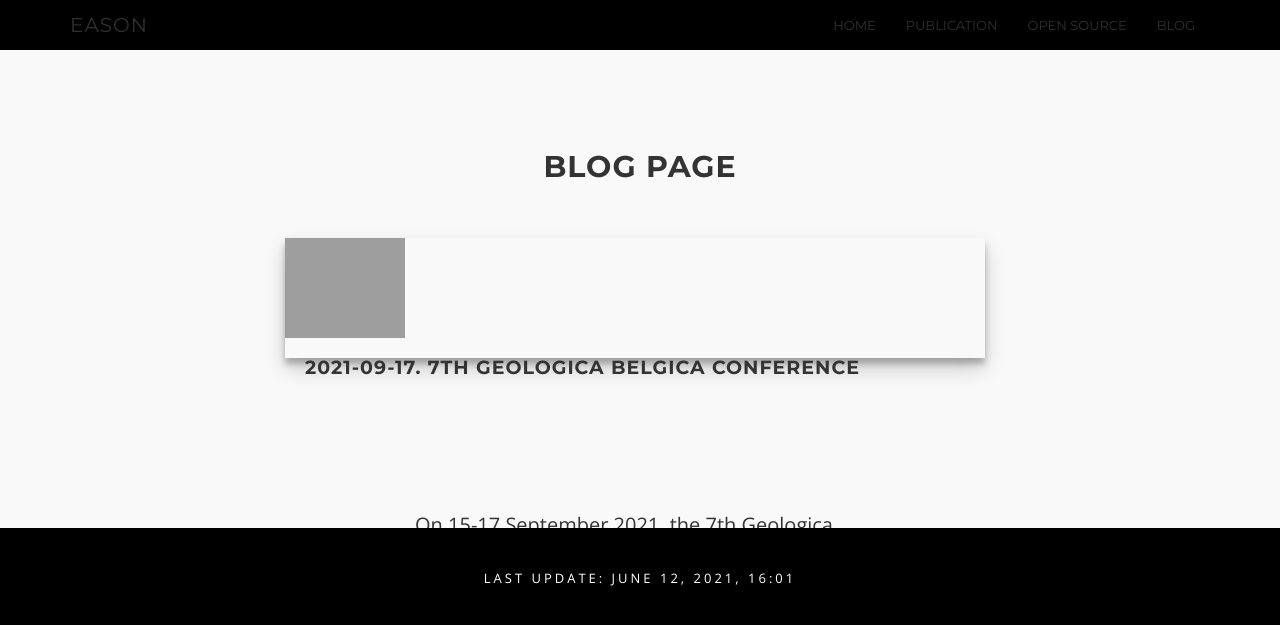
Repository: eazzzon/eazzzon.github.io
Page: blog.html
An editor plug-in stored every save of this project. The page is shown before and after the next save, followed by the edit.
The browser window is 1280 px wide. The pictures show the whole page.
Pictures or frames that could not be fetched are drawn as grey boxes.

Above is the page before, as saved 2021-09-18 13:15:02.

### blog.html
<!DOCTYPE html>
<html lang="en">
<head>
<meta charset="utf-8">
<meta http-equiv="X-UA-Compatible" content="IE=edge">
<meta name="viewport" content="width=device-width, initial-scale=1">
<meta name="description" content="">
<meta name="author" content="">
<title>yishen.zhang</title>
<!-- Bootstrap Core CSS -->
<link href="css/bootstrap.min.css" rel="stylesheet">
<!-- Custom CSS -->
<link href="css/theme.css" rel="stylesheet">
<!-- Custom Fonts -->
<link href="font-awesome/css/font-awesome.min.css" rel="stylesheet" type="text/css">
<link href="http://fonts.googleapis.com/css?family=Open+Sans:300,400,700,400italic,700italic" rel="stylesheet" type="text/css">
<link href="http://fonts.googleapis.com/css?family=Montserrat:400,700" rel="stylesheet" type="text/css">
<!-- HTML5 Shim and Respond.js IE8 support of HTML5 elements and media queries -->
<!-- WARNING: Respond.js doesn't work if you view the page via file:// -->
<!--[if lt IE 9]>
        <script src="https://oss.maxcdn.com/libs/html5shiv/3.7.0/html5shiv.js"></script>
        <script src="https://oss.maxcdn.com/libs/respond.js/1.4.2/respond.min.js"></script>
    <![endif]-->
</head>
<body id="page-top" data-spy="scroll" data-target=".navbar-fixed-top">
<!-- Navigation -->
<nav class="navbar navbar-custom navbar-fixed-top" role="navigation">
<div class="container">
	<div class="navbar-header">
		<button type="button" class="navbar-toggle" data-toggle="collapse" data-target=".navbar-main-collapse">
		<i class="fa fa-bars"></i>
		</button>
		<a class="navbar-brand page-scroll" href="index.html" style="color: #303030;">
		EASON </a>
	</div>
	<!-- Collect the nav links, forms, and other content for toggling -->
	<div class="collapse navbar-collapse navbar-right navbar-main-collapse">
		<ul class="nav navbar-nav" style="color: #303030;">
			<li>
			<a href="index.html">Home</a>
			</li>
			<li>
			<a href="publication.html">publication</a>
			</li>
			<li>
			<a href="opensource.html">open source</a>
			</li>
			<li>
			<a href="blog.html">blog</a>
			</li>
		</ul>
	</div>
	<!-- /.navbar-collapse -->
</div>
<!-- /.container -->
</nav>

<!-- Page Sample Section -->
<section id="page-sample">


<div class="container content-section text-left">
	<div class='container'>
		<div class="row">
			<h2 class="text-center">BLOG PAGE</h2>
			<div class="col-lg-8 col-lg-offset-2">
				<div class="post-box">
					<img class="box-img" src="https://geologicabelgica2021.africamuseum.be/sites/default/files/media/images/Logo%20Geologica%20Belgica.png" alt="lower crust foundering" />
					<div class="box-text">
						<a  href="post20210917.html">
							<h4 class="box-text">2021-09-17. 7th Geologica Belgica Conference </h4>
						</a>
						<p class="p">On 15-17 September 2021, the 7th Geologica Belgica Conference was held in the AfricaMuseum in Tervuren, Belgium... <a href="post20210917.html" style="color:rgb(141, 53, 53);">Read More</a></p>
					</div>
				</div>
				</div>

			</div>
		</div>
	</div>
</div>
</section>




<!-- Footer -->
<footer>
<div class="container text-center">
	<p class="credits">
		last update: June 12, 2021, 16:01
	</p>
</div>
</footer>
<!-- jQuery -->
<script src="js/jquery.js"></script>
<!-- Bootstrap Core JavaScript -->
<script src="js/bootstrap.min.js"></script>
<!-- Plugin JavaScript -->
<script src="js/jquery.easing.min.js"></script>
<!-- Custom Theme JavaScript -->
<script src="js/theme.js"></script>
</body>
</html>

### css/theme.css
/* Aries v1.0 - by WowThemes.net */
body {
	width:100%;
	height:100%;
	font-family:Open Sans,"Helvetica Neue",Helvetica,Arial,sans-serif;
	color:#fff;
	background-color:#000;
	 font-weight:300;
}
html {
	width:100%;
	height:100%;
}
h1,h2,h3,h4,h5,h6 {
	margin:0 0 35px;
	text-transform:uppercase;
	font-family:Montserrat,"Helvetica Neue",Helvetica,Arial,sans-serif;
	font-weight:700;
	letter-spacing:1px;
}
p {
	margin:0 0 25px;
	font-size:18px;
	line-height:1.5;
}
@media(min-width:768px) {
	p {
		margin:0 0 35px;
		font-size:20px;
		line-height:1.6;
	}
}
a {
	color:inherit;
	-webkit-transition:all .2s ease-in-out;
	-moz-transition:all .2s ease-in-out;
	transition:all .2s ease-in-out;
}
a:hover,a:focus {
	text-decoration:none;
	color:inherit;
}
.light {
	font-weight:400;
}
.navbar-custom {
	margin-bottom:0;
	border-bottom:1px solid rgba(255,255,255,.3);
	text-transform:uppercase;
	font-family:Montserrat,"Helvetica Neue",Helvetica,Arial,sans-serif;
	background-color:#000;
}
.navbar-custom .navbar-brand {
	font-size:20px;
	text-transform:none;
	letter-spacing:1px;
}
.navbar-custom .navbar-brand:focus {
	outline:0;
}
.navbar-custom .navbar-brand .navbar-toggle {
	padding:4px 6px;
	font-size:16px;
	color:#fff;
}
.navbar-custom .navbar-brand .navbar-toggle:focus,.navbar-custom .navbar-brand .navbar-toggle:active {
	outline:0;
}
.navbar-custom a {
}
.navbar-custom .nav li a {
	-webkit-transition:background .3s ease-in-out;
	-moz-transition:background .3s ease-in-out;
	transition:background .3s ease-in-out;
}
.navbar-custom .nav li a:hover {
	outline:0;
	color:#1ba39c;
	background-color:transparent;
}
.navbar-custom .nav li a:focus,.navbar-custom .nav li a:active {
	outline:0;
	background-color:transparent;
}
.navbar-custom .nav li.active {
	outline:0;
}
.navbar-custom .nav li.active a {
	color:#1ba39c;
}
.navbar-custom .nav li.active a:hover {
	color:#1ba39c;
}
@media(min-width:768px) {
	.navbar-custom {
		padding:20px 0;
		border-bottom:0;
		font-size:13px;
		background:0 0;
		-webkit-transition:background .5s ease-in-out,padding .5s ease-in-out;
		-moz-transition:background .5s ease-in-out,padding .5s ease-in-out;
		transition:background .5s ease-in-out,padding .5s ease-in-out;
	}
		 .navbar-custom.top-nav-collapse {
		 padding:0;
		border-bottom:1px solid rgba(255,255,255,.3);
		color:#333;
			background:#fff;
	}
	.navbar-custom.top-nav-collapse a {
		color:#333;
		display:inline-block;
	}
}
.intro {
	display:table;
	width:100%;
	height:auto;
	padding:100px 0 100px 0;
	text-align:center;
	color:#fff;
	background-image:radial-gradient(circle at 50% 50%,rgba(95, 94, 94, 0.46),rgba(56, 56, 56, 0.88)), url('labelled.png');
	-webkit-background-size:cover;
	-moz-background-size:cover;
	background-size:cover;
	-o-background-size:cover;
}
.intro .intro-body {
	display:table-cell;
	vertical-align:middle;
}
.intro .intro-body .brand-heading {
	font-size:40px;
}
.intro .intro-body .intro-text {
	font-size:18px;
}
@media(min-width:768px) {
	.intro {
		height:100%;
		padding:0;
	}
	.intro .intro-body .brand-heading {
		font-size:60px;
		margin-top:90px;
		margin-bottom:20px;
		border-top:2px solid #fff;
		border-bottom:2px solid #fff;
		display:inline-block;
		padding:10px 0;
	}
	.intro .intro-body .intro-text {
		font-size:20px;
			font-weight:300;
			letter-spacing:3px;
	}
}
.btn-circle {
	width:50px;
	height:50px;
	margin-top:15px;
	line-height:40px;
	text-align:center;
	border:2px solid #fff;
	border-radius:100%!important;
	font-size:20px;
	color:#fff;
	background:0 0;
	-webkit-transition:background .3s ease-in-out;
	-moz-transition:background .3s ease-in-out;
	transition:background .3s ease-in-out;
}
.btn-circle:hover,.btn-circle:focus {
	outline:0;
	color:#fff;
	background:rgba(255,255,255,.1);
}
.btn-circle i.animated {
	-webkit-transition-property:-webkit-transform;
	-webkit-transition-duration:1s;
	-moz-transition-property:-moz-transform;
	-moz-transition-duration:1s;
}
.btn-circle:hover i.animated {
	-webkit-animation-name:pulse;
	-moz-animation-name:pulse;
	-webkit-animation-duration:1.5s;
	-moz-animation-duration:1.5s;
	-webkit-animation-iteration-count:infinite;
	-moz-animation-iteration-count:infinite;
	-webkit-animation-timing-function:linear;
	-moz-animation-timing-function:linear;
}
@-webkit-keyframes pulse {
	0% {
		-webkit-transform:scale(1);
		transform:scale(1);
	}
	50% {
		-webkit-transform:scale(1.2);
		transform:scale(1.2);
	}
	100% {
		-webkit-transform:scale(1);
		transform:scale(1);
	}
}
@-moz-keyframes pulse {
	0% {
		-moz-transform:scale(1);
		transform:scale(1);
	}
	50% {
		-moz-transform:scale(1.2);
		transform:scale(1.2);
	}
	100% {
		-moz-transform:scale(1);
		transform:scale(1);
	}
}
.content-section {
	padding:40px 0;
	clear:both;
}
@media(min-width:767px) {
	.content-section {
		padding:150px 0;
			 clear:both;
	}
}
.btn {
	border-radius:0;
	text-transform:uppercase;
	font-family:Montserrat,"Helvetica Neue",Helvetica,Arial,sans-serif;
	font-weight:400;
	-webkit-transition:all .3s ease-in-out;
	-moz-transition:all .3s ease-in-out;
	transition:all .3s ease-in-out;
}
.btn-default {
	border:1px solid #42dca3;
	color:#42dca3;
	background-color:transparent;
}
.btn-default:hover,.btn-default:focus {
	border:1px solid #42dca3;
	outline:0;
	color:#000;
	background-color:#42dca3;
}
ul.banner-social-buttons {
	margin-top:0;
}
@media(max-width:1199px) {
	ul.banner-social-buttons {
		margin-top:15px;
	}
}
@media(max-width:767px) {
	ul.banner-social-buttons li {
		display:block;
		margin-bottom:20px;
		padding:0;
	}
	ul.banner-social-buttons li:last-child {
		margin-bottom:0;
	}
}
footer {
	padding:40px 0;
	z-index:1;
	position:relative;
	clear:both;
}
footer p {
	margin:0;
	font-size:15px;
}
footer p.credits {
	text-transform:uppercase;
	font-size:13px;
	letter-spacing:3px;
}
::-moz-selection {
	text-shadow:none;
	background:#fcfcfc;
	background:rgba(255,255,255,.2);
}
::selection {
	text-shadow:none;
	background:#fcfcfc;
	background:rgba(255,255,255,.2);
}
img::selection {
	background:0 0;
}
img::-moz-selection {
	background:0 0;
}
body {
	webkit-tap-highlight-color:rgba(255,255,255,.2);
}
.bgblue {
	background:#22292c;
}
.inlineblock {
	display:inline-block;
}
p:last-child {
	margin-bottom:0;
}
p.lead {
	line-height:1.9;
}
.btnghost {
	border:2px solid #333;
	background-color:transparent;
	padding:15px 20px;
	letter-spacing:3px;
	font-size:12px;
	text-transform:uppercase;
	font-weight:400;
	color:#333;
	margin-top:20px;
	display:inline-block;
}
.btnghost:hover {
	background-color:#333;
	color:#fff;
	border:2px solid #333;
}
.bgcover {
	background-size:cover;
	background-repeat:no-repeat;
	position:relative;
}
img {
	max-width:100%;
}
.gallery ul {
	padding:0;
	margin:0;
}
.gallery img {
	max-width:100%;
	height:auto;
	padding:0;
	margin:0;
}
.gallery ul li {
	margin:0;
	position:relative;
	list-style:none;
	float:left;
	padding:0;
}
.gallery ul li a {
	display:block;
	position:relative;
	width:100%;
	height:100%;
	margin:0;
	padding:0;
	line-height:0;
}
.gallery ul li a:before {
	position:absolute;
	width:32px;
	height:32px;
	top:40%;
	left:50%;
	margin:-14px 0 0 -16px;
	/* background: url(data:[embedded picture, 2228 characters]) no-repeat; */
	content:"";
	opacity:0;
	z-index:1;
	-webkit-transition:all 0.3s linear;
	-moz-transition:all 0.3s linear;
	transition:all 0.3s linear;
}
.gallery ul li a:hover:before {
	top:50%;
	opacity:1;
}
.gallery ul li a:after {
	position:absolute;
	width:100%;
	top:0;
	bottom:0;
	background:rgba(0,0,0,0.3);
	content:"";
	opacity:0;
	-webkit-transition:all 0.3s linear;
	-moz-transition:all 0.3s linear;
	transition:all 0.3s linear;
}
.gallery ul li a:hover:after {
	opacity:1;
}
section:after {
	float:none;
	clear:both;
}
section {
	background-color:#f9f9f9;
	color:#333;
	overflow:hidden;
}
.done {
	display:none;
}
.error input,input.error,.error textarea,textarea.error {
	background-color:#ffffff;
	border-bottom:2px solid orangered !Important;
	-webkit-transition:border linear 0.2s,box-shadow linear 0.2s;
	-moz-transition:border linear 0.2s,box-shadow linear 0.2s;
	-o-transition:border linear 0.2s,box-shadow linear 0.2s;
	transition:border linear 0.2s,box-shadow linear 0.2s;
}

/* post-box style */
.post-box {
	width: 700px;
	height: 120px;
	margin: 20px;
	box-shadow: 0 10px 20px rgba(0, 0, 0, 0.19), 0 6px 6px rgba(0, 0, 0, 0.23);
  }

  .box-img {
	width: 120px;
	height: 100px;
	padding: 0px;
	margin: 0px;
  }

  .box-text {
	font-size: 19px;
	padding: 10px;
  }

  .p {
	padding: 100px;
	margin: 10px;
	position: relative;
	bottom: 15px;
	left: 10px;
  }

  .p2 {
	padding: 0px;
	margin: 0px;
	font-size: 15px;
	position: relative;
	left: 25px;
  }

### js/theme.js
// jQuery to collapse the navbar on scroll
$(window).scroll(function() {
    if ($(".navbar").offset().top > 50) {
        $(".navbar-fixed-top").addClass("top-nav-collapse");
    } else {
        $(".navbar-fixed-top").removeClass("top-nav-collapse");
    }
});

// jQuery for page scrolling feature - requires jQuery Easing plugin
$(function() {
    $('a.page-scroll').bind('click', function(event) {
        var $anchor = $(this);
        $('html, body').stop().animate({
            scrollTop: $($anchor.attr('href')).offset().top
        }, 1500, 'easeInOutExpo');
        event.preventDefault();
    });
});

// Closes the Responsive Menu on Menu Item Click
$('.navbar-collapse ul li a').click(function() {
    $('.navbar-toggle:visible').click();
});

Loaded but not shown: css/bootstrap.min.css (library); font-awesome/css/font-awesome.min.css (library); js/jquery.js (library); js/bootstrap.min.js (library); js/jquery.easing.min.js (library)

After the next save:
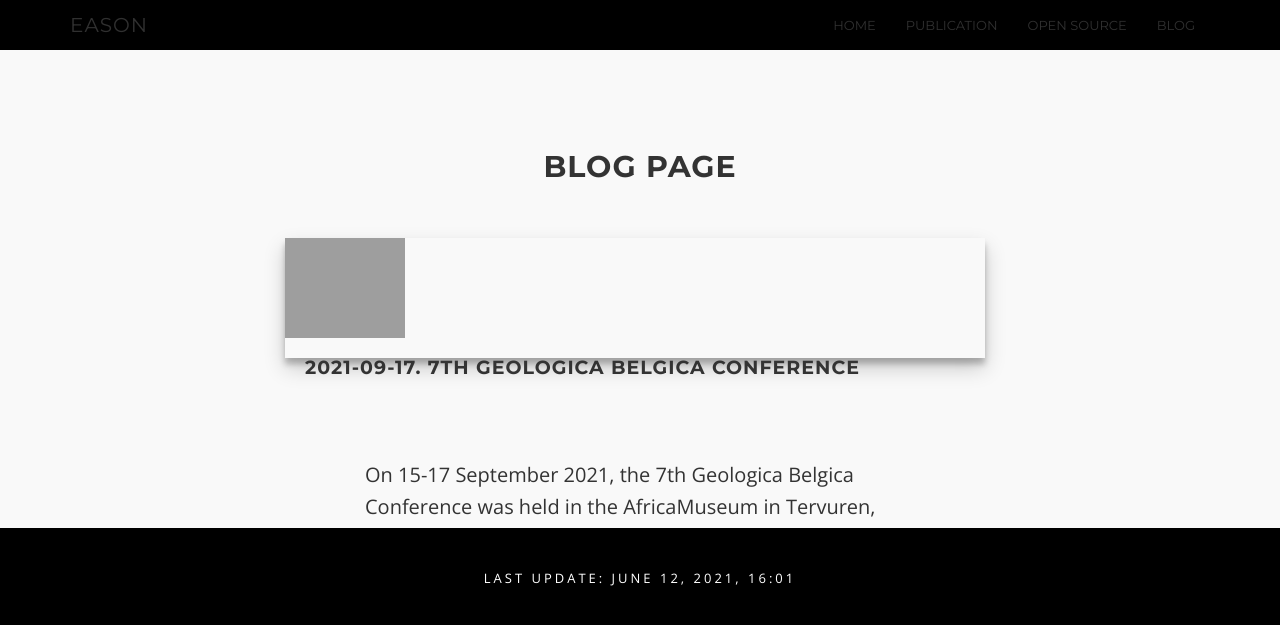
Saved 6 s later.
--- a/css/theme.css
+++ b/css/theme.css
@@ -440,7 +440,7 @@ section {
   }
 
   .p {
-	padding: 100px;
+	padding: 50px;
 	margin: 10px;
 	position: relative;
 	bottom: 15px;
